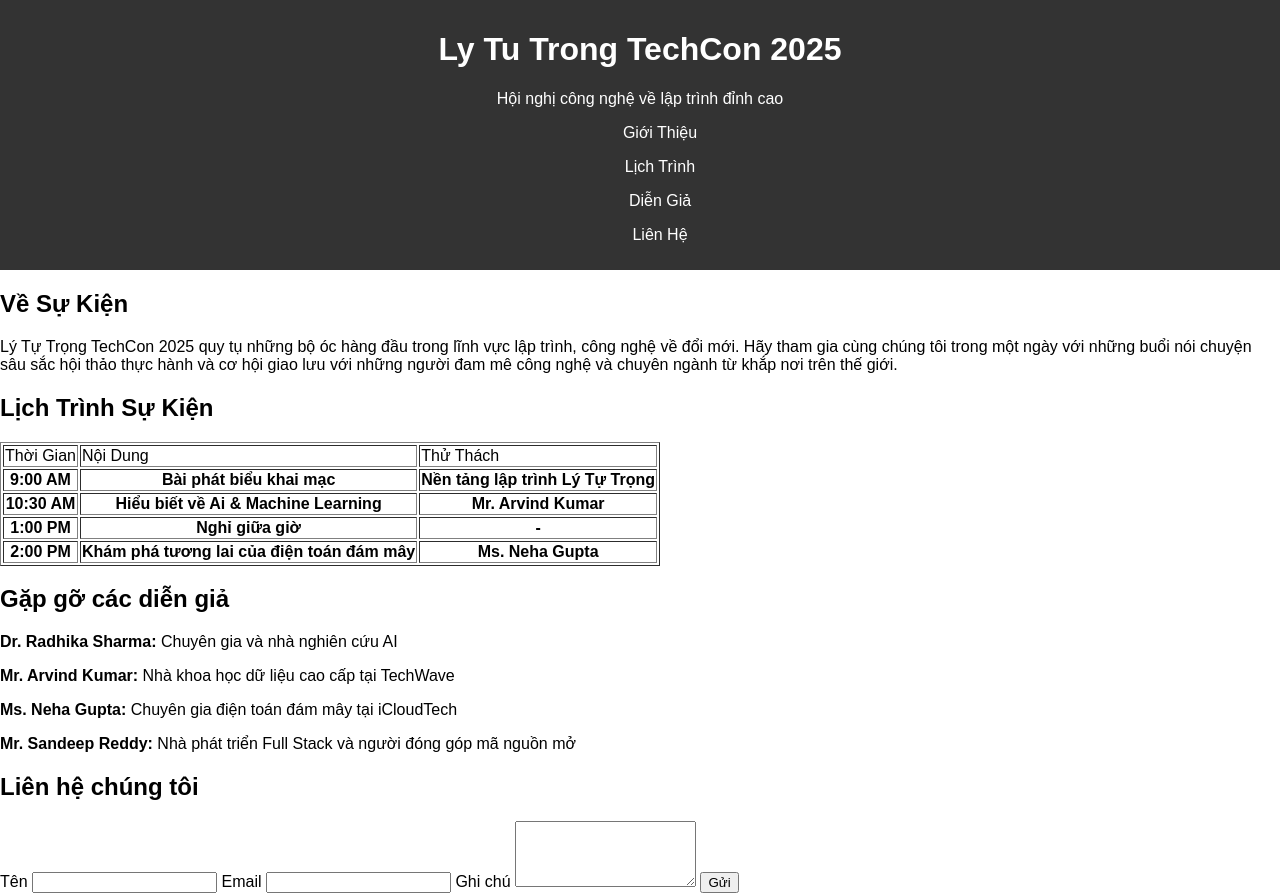
Repository: NhatMinh121/BaiTapVeNha1
Page: index.html
These files come from the project's save history. The page is drawn as it stood at one moment and after the next save; the edit follows.
The browser window is 1280 px wide. The pictures show the whole page.

Above is the page before, as saved 2025-03-28 22:41:04.

After the next save:
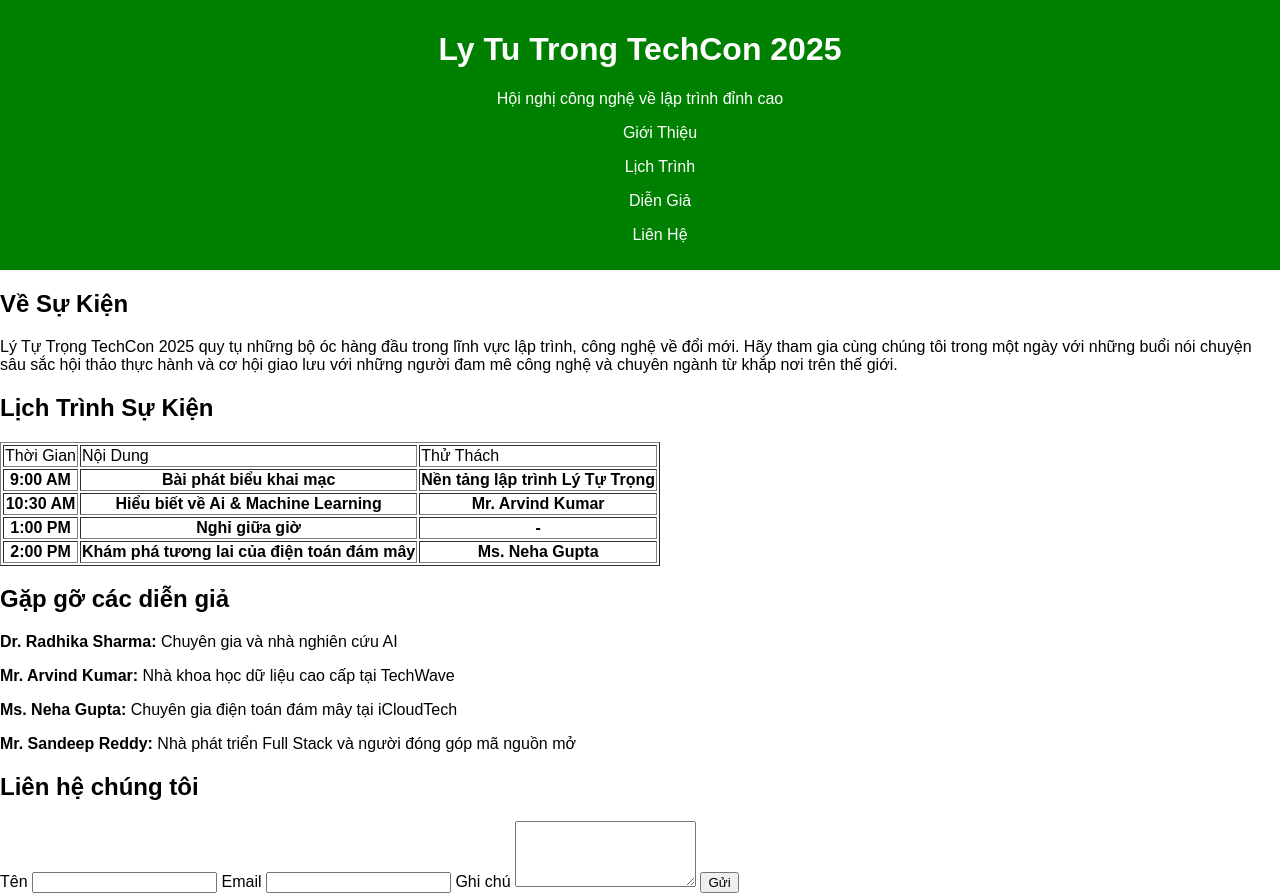
Saved 22 s later.
--- a/style.css
+++ b/style.css
@@ -6,7 +6,7 @@
 }
 
 header {
-    background-color: #333;
+    background-color: green;
     color: white;
     padding: 10px 0;
     text-align: center;
